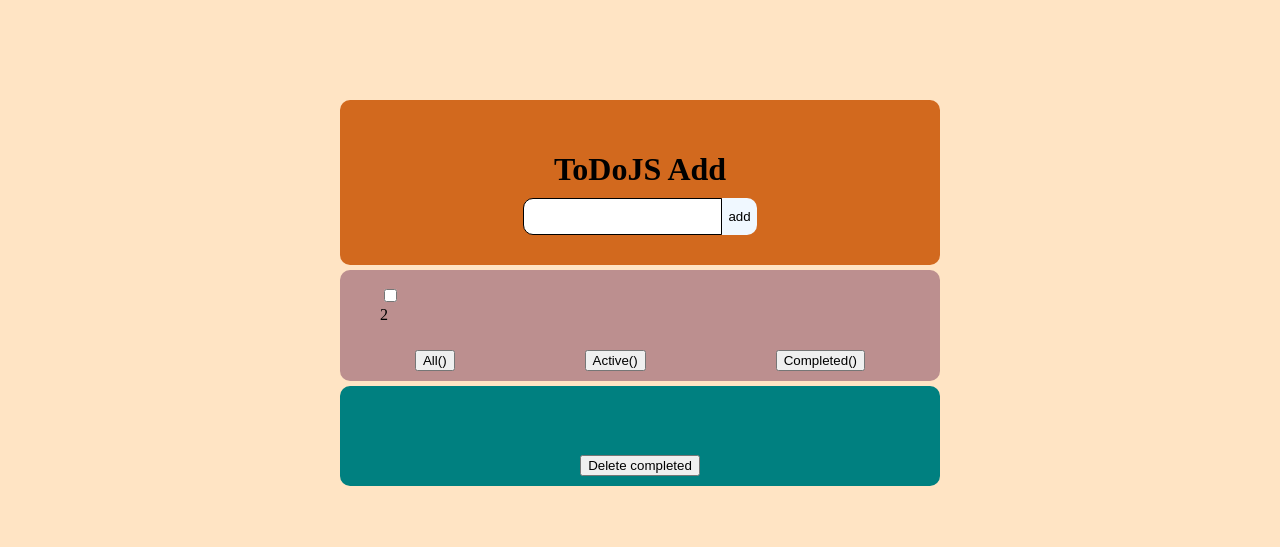
Repository: Savich01/todoTest
Page: index.html
The author's editor kept a copy of each file at every save. The page is drawn from the files as they stood at one save, then again after the next save.
The browser window is 1280 px wide. The pictures show the whole page.

Above is the page before, as saved 2024-05-06 11:01:49.

### index.html
<!DOCTYPE html>
<html lang="en">
<head>
    <meta charset="UTF-8">
    <meta name="viewport" content="width=device-width, initial-scale=1.0">
    <link rel="stylesheet" href="css/style.css">
    <title>ToDO</title>
</head>
<body>
    <header class="header">
        <div class="header-block">
            <div class="header-block__sub">
                <h1 class="title">ToDoJS Add</h1>
                <form class="personal" action="#">
                    <input type="text" class="personal-input">
                    <button class="personal-btn">add</button>
                </form>
            </div>
        </div>
    </header>
     <main class="main">
        <div class="main-block">

            <div class="main-container">
                <ul class="main-container--list">
                    <input class="main-checked" type="checkbox">
                <li class="main-container--list-link">
                    2
                </li>
               </ul>


            </div>




            <div class="main-button">
                 <button class="main-btn1">All()</button>
                 <button class="main-btn2">Active()</button>
                 <button class="main-btn3">Completed()</button>
            </div>
            </div>
     </main>
     <footer class="footer">
        <div class="footer-block">
            <div class="footer-btn">
                <button class="btn">Delete completed</button>
            </div>
        </div>
     </footer>
        <script src="js/script.js"></script>
</body>
</html>

### css/style.css
ul,li {
    text-decoration: none;
    list-style: none;
}


/*------------HEADER-------------------------------------*/

body {
    max-width: 100%;
    background: #FFE4C4;
}
.header {
    margin-top: 100px;
    margin-bottom: 5px;
}
.header-block {
    max-width: 600px;
    margin: 0 auto;
    background: #D2691E;
    border-radius: 10px;
}
 .header-block__sub {
    display: flex;
    flex-direction: column;
    justify-content: center;
    align-items: center;
    padding: 30px 0px;
 }

 .title {
    margin-bottom: 10px;
 }

 .personal {
    display: flex;
    justify-content: center;
 }

 .personal-input{
    padding: 10px;
    border: 1px solid #000;
    border-radius: 10px 0px 0px 10px;
 }
.personal-btn {
    border: none;
    background-color: aliceblue;
    border-radius: 0px 10px 10px 0px;
    cursor: pointer;
}
/*------------------MAIN-------------------------------------*/

.main-block {
   max-width: 600px;
   margin: 0 auto;
   background: #BC8F8F;
   min-height: 70px;
   border-radius: 10px;
   display:flex;
   flex-direction: column;
   justify-content: space-between;
   margin-bottom: 5px;
}

.main-block--list{
    display: flex;
    align-items: center;
    justify-content: center;
    padding-right: 47px;
}

.main-block--list-link{
    display: flex;
    align-items: center;
}

.main-block--text{
    margin-left: 10px;
}

.checkbox-active{
    width: 20px;
    height: 17px;
}

.main-block--text{
    transform: translateY(1px);
}

.main-list{
  padding: 0px 30px;
}
.main-list--link{
  display: flex;
  align-items: center;
  justify-content: space-between;
  margin-bottom: 15px;
  padding: 10px;
  background-color: #FFE4C4;
}



























.main-button {
    padding: 10px;
    display: flex;
    align-items: flex-end;
    justify-content: space-around
}

/* .main-container {
    background: rgba(183, 231, 62, 0.699);
    border-radius: 20px;
    margin: 15px;
    /* display: none; */
/* } */

/* .main-container--list{
    background-color: #20B2AA;
    border-radius: 10px;
    margin: 25px;
    display: flex;
    align-items: center;
    justify-content: space-between;
} */

/* .main-container--list-link {
    padding: 10px;
    display: flex;
    align-items: center;
    justify-content: space-between;
} */
/* .main-checked{
    width: 20px;
    height: 16px;
    cursor: pointer;
} */
/* .main-text{
    display: inline-block;
    margin-left: 15px;
    transform: translateY(1px);
} */
/* .main--list-btn{
    min-width: 20px;
    max-width: 23px;
    background: #FFFFE0;
    align-items: center;
    margin-right: 25px;
    cursor: pointer;
    border: none;
    background: #B22222;
} */
/*--------------*/

/*--------------*/


/*------------------FOOTER--------------------------------------------------*/

.footer-block {
    max-width: 600px;
    margin: 0 auto;
    background: #008080;
    height: 100px;
    border-radius: 10px;
    display: flex;
    align-items: flex-end;
    justify-content: space-around;
}
.footer-btn {
    padding: 10px;
}

Loaded but not shown: js/script.js (no copy from this time; the picture is the same without it)

After the next save:
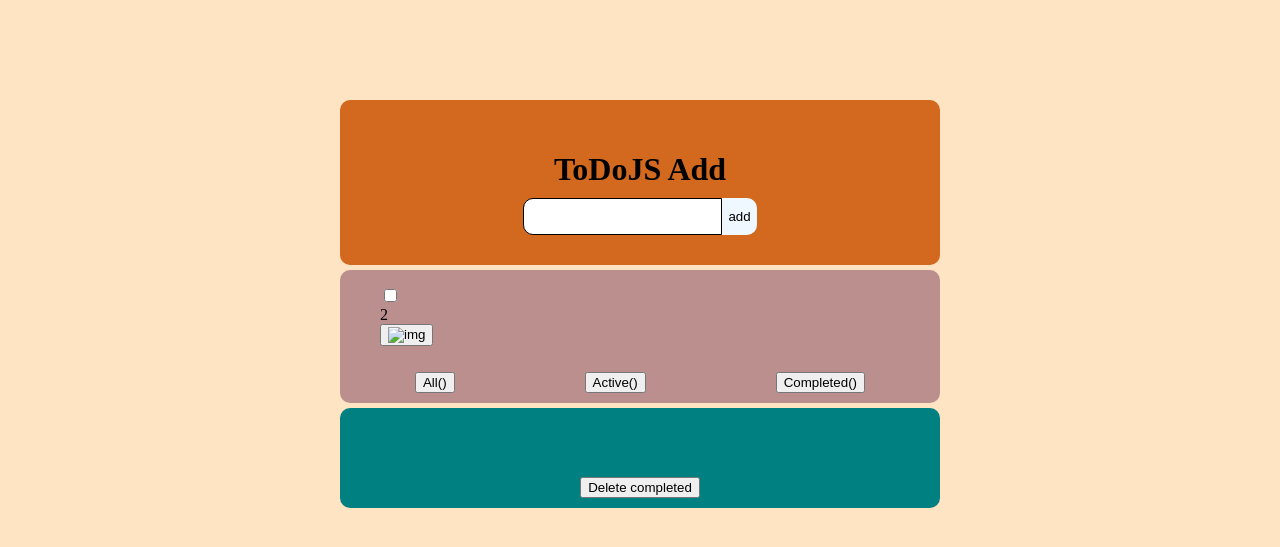
Saved 9 min 54 s later.
--- a/index.html
+++ b/index.html
@@ -27,6 +27,9 @@
                 <li class="main-container--list-link">
                     2
                 </li>
+                <button class="main--list-btn">
+                    <img src="" alt="img">
+                </button>
                </ul>
 
 
